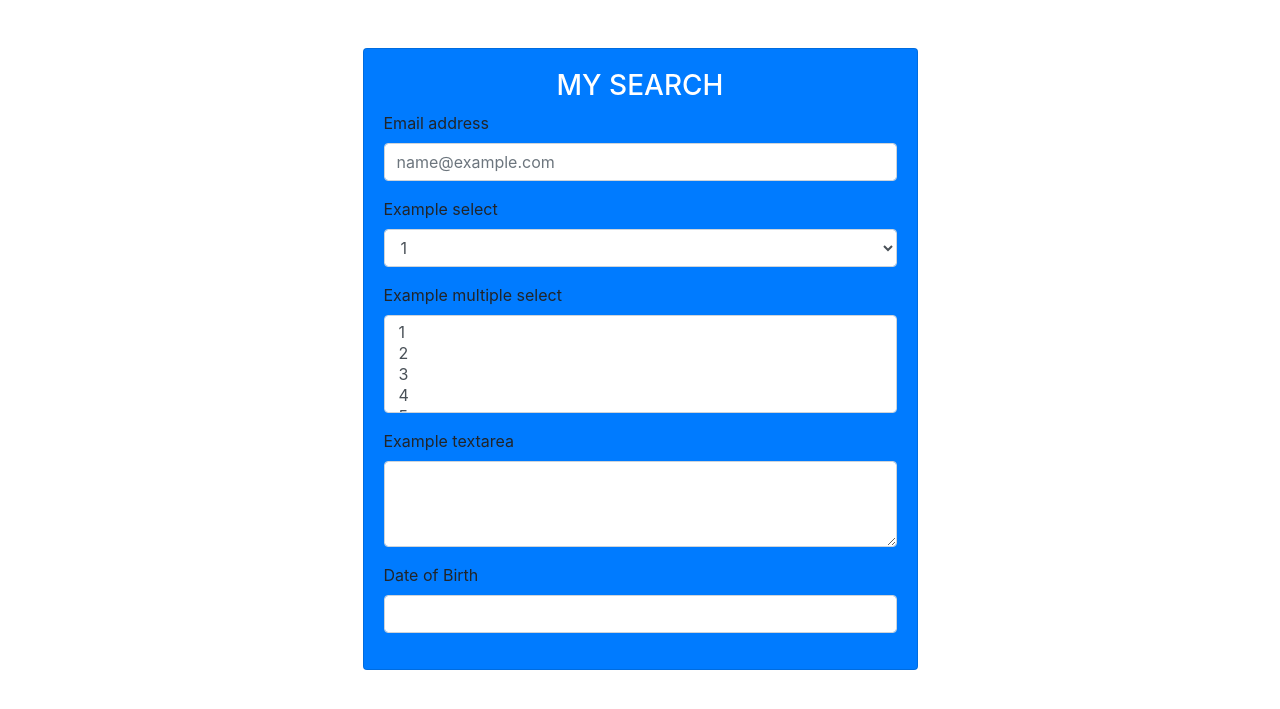
Repository: modinilesh/SpringMVC
Page: http://localhost/springmvcsearch/complex
An editor plug-in stored every save of this project. The page is shown before and after the next save, followed by the edit.
The browser window is 1280 px wide. The pictures show the whole page.
Some web libraries are served in a nearby version. The page is served by Tomcat 9.

Above is the page before, as saved 2023-10-20 14:30:22.

After the next save:
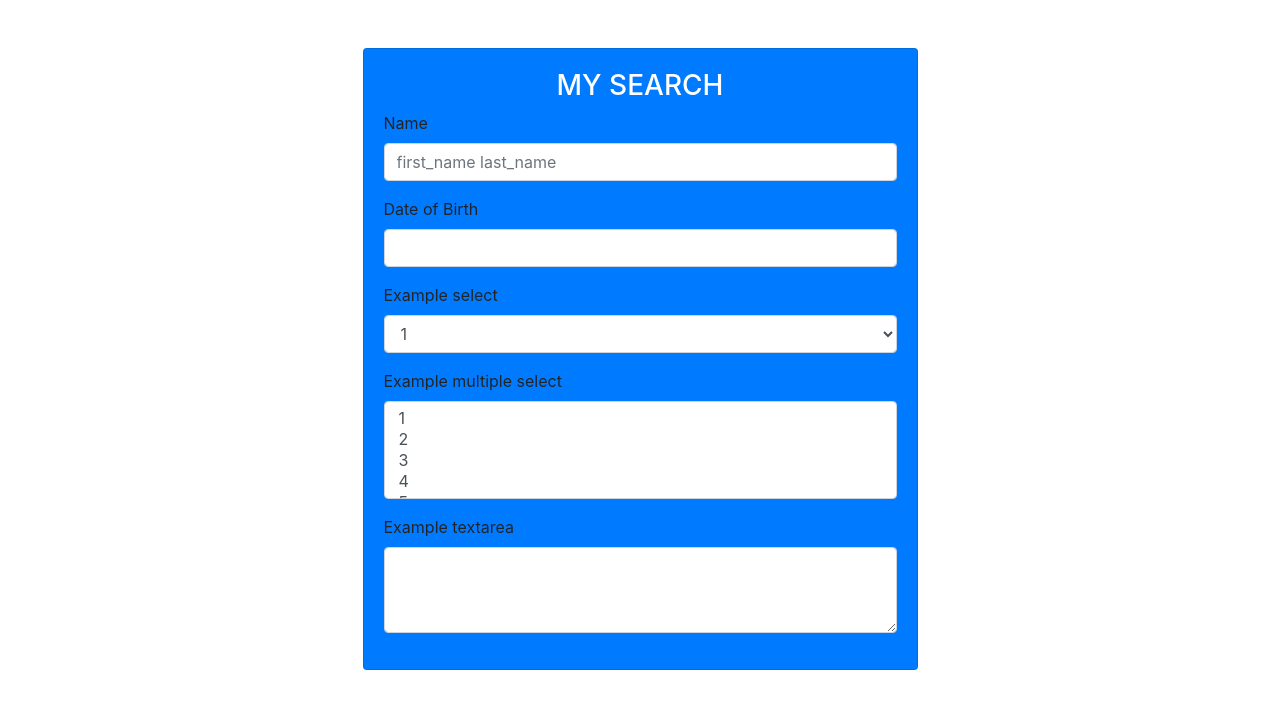
Saved 3 min 30 s later.
--- a/springmvcsearch/src/main/webapp/WEB-INF/views/complex_form.jsp
+++ b/springmvcsearch/src/main/webapp/WEB-INF/views/complex_form.jsp
@@ -12,7 +12,7 @@
 	integrity="sha384-Gn5384xqQ1aoWXA+058RXPxPg6fy4IWvTNh0E263XmFcJlSAwiGgFAW/dAiS6JXm"
 	crossorigin="anonymous">
 
-<title>Home Page</title>
+<title>Complex Form</title>
 </head>
 <body>
 
@@ -27,10 +27,17 @@
 
 				<form>
 					<div class="form-group">
-						<label for="exampleFormControlInput1">Email address</label> <input
-							type="email" class="form-control" id="exampleFormControlInput1"
-							placeholder="name@example.com" name="email">
+						<label for="exampleFormControlInput1">Name</label>
+						<input
+							type="text" class="form-control" id="exampleFormControlInput1"
+							placeholder="first_name last_name" name="name">
 					</div>
+
+					<div class="form-group">
+						<label for="dob">Date of Birth</label> <input type="text"
+							name="date" class="form-control" id="dob" name="text" />
+					</div>
+
 					<div class="form-group">
 						<label for="exampleFormControlSelect1">Example select</label> <select
 							class="form-control" id="exampleFormControlSelect1"
@@ -58,10 +65,7 @@
 						<textarea class="form-control" id="exampleFormControlTextarea1"
 							rows="3" name="text"></textarea>
 					</div>
-					<div class="form-group">
-						<label for="dob">Date of Birth</label> <input type="text"
-							name="date" class="form-control" id="dob" rows="3" name="text" />
-					</div>
+
 				</form>
 
 			</div>
